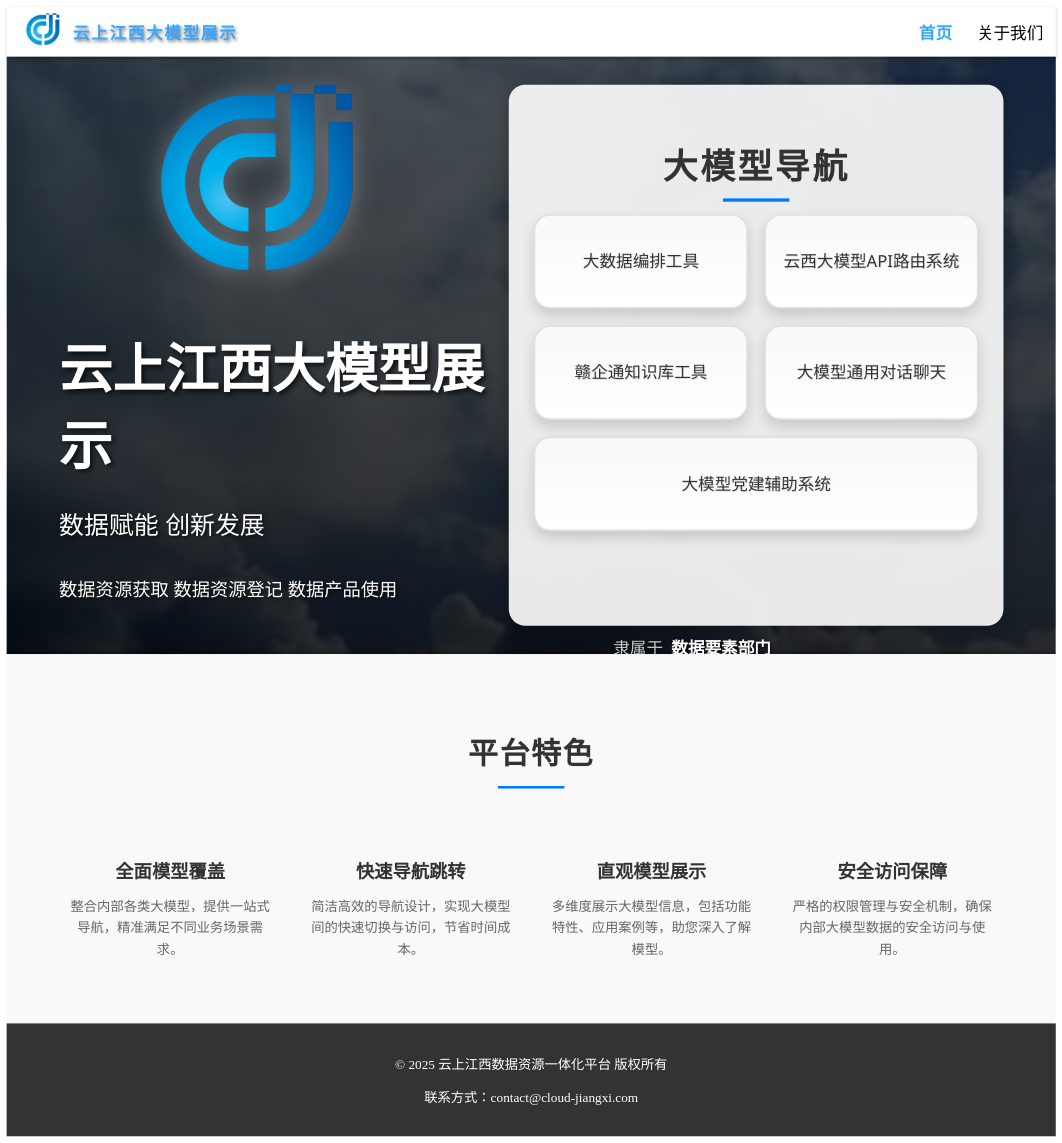
Repository: Felix-yifengyang/ysjx-model-nav
Page: /
These files come from the project's save history. The page is drawn as it stood at one moment and after the next save; the edit follows.
The browser window is 1280 px wide. The pictures show the whole page, at 83% of full size.
The project was rebuilt for these pictures with package versions that can differ from the ones it lists, and the page was loaded fresh each time. Also part of the build but not shown: vite.config.ts, src/About.vue.

Above is the page before, as saved 2025-02-21 09:22:40.

### src/main.ts
import { createApp } from 'vue';
import App from './App.vue';
import router from '../router/index.ts';

const app = createApp(App);
app.use(router);
app.mount('#app');

### src/App.vue
<template>
    <Header />
    <router-view></router-view>
  </template>

  <script setup>
  import Header from './components/Header.vue';
  </script>

  <style scoped>
  </style>

### router/index.ts
import { createRouter, createWebHistory } from 'vue-router';
import Home from '../src/Home.vue';
import About from '../src/About.vue';

const routes = [
  {
    path: '/',
    name: 'Home',
    component: Home
  },
  {
    path: '/about',
    name: 'About',
    component: About
  }
];

const router = createRouter({
  history: createWebHistory(),
  routes
});

export default router;

### src/components/Header.vue
<template>
  <header :class="{ 'scrolled': isScrolled }">
    <div class="logo-wrapper">
      <div class="logo">
        <img src="../assets/ysjx-logo-noword.png" alt="云上江西 logo">
      </div>
      <span class="platform-name">云上江西大模型展示</span>
    </div>
    <nav>
      <ul>
        <li>
          <router-link
            to="/"
            :active-class="isActive('/') ? 'active' : ''"
          >
            首页
          </router-link>
        </li>
        <li>
          <router-link
            to="/about"
            :active-class="isActive('/about') ? 'active' : ''"
          >
            关于我们
          </router-link>
        </li>
      </ul>
    </nav>
  </header>
</template>

<script setup>
import { ref, onMounted, onUnmounted, computed } from 'vue';
import { useRoute } from 'vue-router';

const isScrolled = ref(false);
const route = useRoute();

const isActive = (path) => {
  return route.path === path;
};

const handleScroll = () => {
  isScrolled.value = window.scrollY > 0;
};

onMounted(() => {
  window.addEventListener('scroll', handleScroll);
});

onUnmounted(() => {
  window.removeEventListener('scroll', handleScroll);
});
</script>

<style scoped>
header {
  background-color: #ffffff;
  color: rgb(0, 0, 0);
  padding: 15px;
  height: 30px;
  display: flex;
  justify-content: space-between;
  align-items: center;
  position: sticky; /* 使导航栏固定在页面顶部 */
  top: 0; /* 固定在页面顶部 */
  z-index: 100; /* 确保导航栏显示在其他元素之上 */
  transition: all 0.3s ease;
  box-shadow: 0 2px 4px rgba(0, 0, 0, 0.2);
}

.logo-wrapper {
  display: flex;
  align-items: center;
}

.logo img {
  width: auto;
  height: 40px;
  margin-right: 5px;
}

.platform-name {
  font-family: 'Segoe UI', Tahoma, Geneva, Verdana, sans-serif;
  font-size: 20px;
  font-weight: bold;
  color: #38a5ff;
  text-shadow: 2px 2px 4px rgba(0, 0, 0, 0.5);
  transition: all 0.3s ease;
  letter-spacing: 2px;
}

nav ul {
  list-style-type: none;
  margin: 0;
  padding: 0;
  display: flex;
}

nav ul li {
  margin-left: 30px;
}

nav ul li a {
  color: rgb(0, 0, 0);
  text-decoration: none;
  font-size: 20px;
}

nav ul li a:hover {
  text-decoration: underline;
}

header.scrolled {
  background-color: rgba(228, 228, 228, 0.9); /* 半透明背景 */
  padding: 15px; /* 减少内边距 */
}
header.scrolled .platform-name {
  font-size: 18px; /* 减小字体大小 */
}

/* 高亮显示的样式 */
.active {
  color: #38a5ff;
  font-weight: bold;
}
</style>

### src/Home.vue
<template>
  <div id="home">
    <HeroSection />
    <FeatureSelection />
    <Footer />
  </div>
</template>

<script setup>
import HeroSection from './components/HeroSection.vue'
import FeatureSelection from './components/FeatureSelection.vue'
import Footer from './components/Footer.vue'
</script>

<style scoped>
body {
  margin: 0;
  padding: 0;
  font-family: Arial, sans-serif;
}
</style>

### src/components/HeroSection.vue
<template>
    <section class="hero">
        <!-- 为背景添加半透明遮罩层 -->
        <div class="hero-overlay"></div>
        <div class="hero-content">
            <div class="hero-logo-content-wrapper">
                <div class="hero-logo">
                    <img src="../assets/ysjx-logo-noword.png" alt="云上江西 logo">
                </div>
                <div class="hero-text-content">
                    <h2 class="hero-title">云上江西大模型展示</h2>
                    <p class="hero-slogan">数据赋能 创新发展</p>
                    <p class="hero-features">数据资源获取 数据资源登记 数据产品使用</p>
                </div>
            </div>
            <div class="department-info">
                <span class="department-label">隶属于</span>
                <span class="department-name">数据要素部门</span>
            </div>
            <!-- 合并进来的 ShowcaseSection 内容 -->
            <div class="showcase-section">
                <h2>大模型导航</h2>
                <div class="showcase-container">
                    <!-- 第一个矩形 -->
                    <a href="http://106.227.19.2:28088/apps" class="showcase-item item-1">
                        <p class="description">大数据编排工具</p>
                    </a>
                    <!-- 第二个矩形 -->
                    <a href="http://106.227.19.14:16105/" class="showcase-item item-2">
                        <p class="description">云西大模型API路由系统</p>
                    </a>
                    <!-- 第三个矩形 -->
                    <a href="http://10.9.55.36:12300/" class="showcase-item item-3">
                        <p class="description">赣企通知识库工具</p>
                    </a>
                    <!-- 第四个矩形 -->
                    <a href="http://106.227.19.14:16104/" class="showcase-item item-4">
                        <p class="description">大模型通用对话聊天</p>
                    </a>
                    <!-- 第五个矩形 -->
                    <a href="http://106.227.19.2:26011/" class="showcase-item item-5">
                        <p class="description">大模型党建辅助系统</p>
                    </a>
                </div>
            </div>
        </div>
    </section>
</template>

<script setup>
</script>

<style scoped>
/* 整体背景和基础样式 */
.hero {
    background-image: url('../assets/sample.webp');
    background-size: cover;
    background-position: center;
    height: 100vh; /* 使用视口高度，适应不同屏幕 */
    display: flex;
    align-items: center;
    justify-content: center;
    position: relative;
    overflow: hidden;
}

/* 半透明遮罩层 */
.hero-overlay {
    position: absolute;
    top: 0;
    left: 0;
    width: 100%;
    height: 100%;
    background: linear-gradient(to bottom, rgba(0, 0, 0, 0.6), rgba(0, 0, 0, 0.8)); /* 渐变遮罩 */
}

/* 主要内容区域 */
.hero-content {
    text-align: center;
    color: white;
    z-index: 1;
    padding: 0 20px;
    display: flex;
    flex-direction: row;
    justify-content: space-between;
    width: 90%; /* 调整宽度 */
    max-width: 1400px; /* 增加最大宽度 */
    margin: 0 auto;
    position: relative;
}

/*  logo 和文本内容包装器 */
.hero-logo-content-wrapper {
    display: flex;
    align-items: center;
    flex-direction: column;
    text-align: left;
}

/*  logo 样式 */
.hero-logo {
    width: 350px; /* 调整 logo 宽度 */
    height: auto;
    margin-right: 50px;
    animation: fadeIn 1s ease, scaleIn 1s ease; /* 增加缩放动画 */
}

.hero-logo img {
    width: 100%;
    height: auto;
    filter: drop-shadow(0 0 15px rgba(255, 255, 255, 0.3)); /* 调整投影效果 */
}

/* 文本内容样式 */
.hero-text-content {
    text-align: left;
}

.hero-title {
    font-family: 'Montserrat', sans-serif;
    font-size: 64px; /* 增大标题字体 */
    margin-bottom: 30px;
    text-shadow: 3px 3px 6px rgba(0, 0, 0, 0.7); /* 增强文字阴影 */
    animation: fadeInDown 1s ease, slideInLeft 1s ease; /* 增加滑入动画 */
}

.hero-slogan {
    font-family: 'Open Sans', sans-serif;
    font-size: 30px; /* 增大标语字体 */
    margin-bottom: 40px;
    text-shadow: 2px 2px 4px rgba(0, 0, 0, 0.7);
    animation: fadeInUp 1s ease 0.3s, slideInLeft 1s ease 0.3s; /* 增加滑入动画 */
    opacity: 0;
    animation-fill-mode: forwards;
}

.hero-features {
    font-family: 'Open Sans', sans-serif;
    font-size: 22px; /* 增大功能描述字体 */
    margin-bottom: 30px;
    text-shadow: 2px 2px 4px rgba(0, 0, 0, 0.7);
    animation: fadeInUp 1s ease 0.6s, slideInLeft 1s ease 0.6s; /* 增加滑入动画 */
    opacity: 0;
    animation-fill-mode: forwards;
}

/* 部门信息样式 */
.department-info {
    display: flex;
    align-items: center;
    font-family: 'Open Sans', sans-serif;
    font-size: 20px; /* 增大部门信息字体 */
    text-shadow: 2px 2px 4px rgba(0, 0, 0, 0.7);
    animation: fadeInUp 1s ease 0.9s, slideInRight 1s ease 0.9s; /* 增加滑入动画 */
    opacity: 0;
    animation-fill-mode: forwards;
    position: absolute;
    right: 300px; /* 调整位置 */
    bottom: -40px;
}

.department-label {
    margin-right: 10px;
    color: #ccc;
}

.department-name {
    color: #fff;
    font-weight: bold;
}

/* 展示区域样式 */
.showcase-section {
    width: 50%;
    padding: 30px; /* 增加内边距 */
    background-color: rgba(255, 255, 255, 0.9); /* 增加背景透明度 */
    border-radius: 20px; /* 增大圆角 */
    box-shadow: 0 0 20px rgba(0, 0, 0, 0.3); /* 增强阴影 */
}

.showcase-section h2 {
    font-family: 'Poppins', sans-serif;
    font-size: 42px; /* 增大标题字体 */
    color: #333;
    margin-bottom: 30px;
    text-transform: uppercase;
    letter-spacing: 3px;
    position: relative;
}

.showcase-section h2::after {
    content: '';
    position: absolute;
    bottom: -15px;
    left: 50%;
    transform: translateX(-50%);
    width: 80px; /* 增加下划线宽度 */
    height: 4px; /* 增加下划线高度 */
    background-color: #007BFF;
}

.showcase-container {
    display: grid;
    grid-template-columns: repeat(2, 1fr);
    grid-template-rows: repeat(3, 1fr);
    gap: 20px; /* 增大间距 */
    justify-content: center;
}

.showcase-item {
    background-color: #ffffff;
    border-radius: 20px; /* 增大圆角 */
    box-shadow: 0 8px 16px rgba(0, 0, 0, 0.15); /* 增强阴影 */
    overflow: hidden;
    transition: all 0.3s ease;
    text-decoration: none;
    color: inherit;
    position: relative;
    display: flex;
    justify-content: center;
    align-items: center;
    background-image: linear-gradient(to bottom, #f9f9f9, #ffffff);
    border: 2px solid #e0e0e0; /* 增加边框宽度 */
}

.showcase-item:hover {
    transform: translateY(-10px);
    box-shadow: 0 12px 24px rgba(0, 0, 0, 0.2);
    background-image: linear-gradient(to bottom, #ffffff, #f9f9f9);
    border-color: #a0a0a0;
}

.showcase-item::before {
    content: '';
    position: absolute;
    top: 0;
    left: 0;
    width: 100%;
    height: 100%;
    background-color: rgba(0, 0, 0, 0.08);
    opacity: 0;
    transition: opacity 0.3s ease;
}

.showcase-item:hover::before {
    opacity: 1;
}

.description {
    padding: 20px; /* 增加内边距 */
    font-size: 20px; /* 增大字体 */
    color: #333333;
    font-family: 'Segoe UI', Tahoma, Geneva, Verdana, sans-serif;
    position: relative;
    z-index: 1;
    text-shadow: 1px 1px 1px rgba(0, 0, 0, 0.1);
    text-align: center;
    line-height: 1.5;
}

.item-1 {
    grid-column: 1 / 2;
    grid-row: 1 / 2;
}

.item-2 {
    grid-column: 2 / 3;
    grid-row: 1 / 2;
}

.item-3 {
    grid-column: 1 / 2;
    grid-row: 2 / 3;
}

.item-4 {
    grid-column: 2 / 3;
    grid-row: 2 / 3;
}

.item-5 {
    grid-column: 1 / 3;
    grid-row: 3 / 4;
}

/* 动画定义 */
@keyframes fadeIn {
    from {
        opacity: 0;
    }
    to {
        opacity: 1;
    }
}

@keyframes scaleIn {
    from {
        transform: scale(0.8);
    }
    to {
        transform: scale(1);
    }
}

@keyframes fadeInDown {
    from {
        opacity: 0;
        transform: translateY(-80px);
    }
    to {
        opacity: 1;
        transform: translateY(0);
    }
}

@keyframes fadeInUp {
    from {
        opacity: 0;
        transform: translateY(80px);
    }
    to {
        opacity: 1;
        transform: translateY(0);
    }
}

@keyframes slideInLeft {
    from {
        transform: translateX(-100px);
    }
    to {
        transform: translateX(0);
    }
}

@keyframes slideInRight {
    from {
        transform: translateX(100px);
    }
    to {
        transform: translateX(0);
    }
}
</style>

### src/components/FeatureSelection.vue
<template>
    <section class="features">
        <h2>平台特色</h2>
        <div class="feature-container">
            <div class="feature" v-for="(item, index) in featureList" :key="index">
                <div class="icon-wrapper">
                    <i :class="item.icon"></i>
                </div>
                <div class="text-content">
                    <h3>{{ item.title }}</h3>
                    <p>{{ item.description }}</p>
                </div>
            </div>
        </div>
    </section>
</template>

<script setup>
import { ref } from 'vue';

const featureList = ref([
    {
        icon: 'fas fa-sitemap',
        title: '全面模型覆盖',
        description: '整合内部各类大模型，提供一站式导航，精准满足不同业务场景需求。'
    },
    {
        icon: 'fas fa-bolt',
        title: '快速导航跳转',
        description: '简洁高效的导航设计，实现大模型间的快速切换与访问，节省时间成本。'
    },
    {
        icon: 'fas fa-eye',
        title: '直观模型展示',
        description: '多维度展示大模型信息，包括功能特性、应用案例等，助您深入了解模型。'
    },
    {
        icon: 'fas fa-lock',
        title: '安全访问保障',
        description: '严格的权限管理与安全机制，确保内部大模型数据的安全访问与使用。'
    }
]);
</script>

<style scoped>
.features {
    padding: 60px 20px;
    background-color: #f9f9f9;
    text-align: center;
}

.features h2 {
    font-family: 'Poppins', sans-serif;
    font-size: 36px;
    color: #333;
    margin-bottom: 60px;
    text-transform: uppercase;
    letter-spacing: 2px;
    position: relative;
}

.features h2::after {
    content: '';
    position: absolute;
    bottom: -20px;
    left: 50%;
    transform: translateX(-50%);
    width: 80px;
    height: 3px;
    background-color: #007BFF;
}

.feature-container {
    display: flex;
    flex-wrap: wrap;
    justify-content: center;
    gap: 40px;
    max-width: 1200px;
    margin: 0 auto;
}

.feature {
    display: flex;
    flex-direction: column;
    align-items: center;
    width: 250px;
    position: relative;
    transition: all 0.3s ease;
}

.feature::after {
    content: '';
    position: absolute;
    bottom: -10px;
    left: 0;
    width: 0;
    height: 2px;
    background-color: #007BFF;
    transition: width 0.3s ease;
}

.feature:hover::after {
    width: 100%;
}

.icon-wrapper {
    font-size: 48px;
    color: #007BFF;
    margin-bottom: 20px;
}

.text-content {
    text-align: center;
}

.text-content h3 {
    font-family: 'Poppins', sans-serif;
    font-size: 22px;
    color: #333;
    margin-bottom: 10px;
}

.text-content p {
    font-family: 'Open Sans', sans-serif;
    font-size: 16px;
    color: #666;
    line-height: 1.6;
}
</style>

### src/components/Footer.vue
<template>
    <footer>
      <p>&copy; 2025 云上江西数据资源一体化平台 版权所有</p>
      <p>联系方式：contact@cloud-jiangxi.com</p>
    </footer>
  </template>

  <script setup>
  </script>

  <style scoped>
  footer {
    background-color: #333;
    color: white;
    text-align: center;
    padding: 20px;
  }
  </style>

Loaded but not shown: index.html (common file)

After the next save:
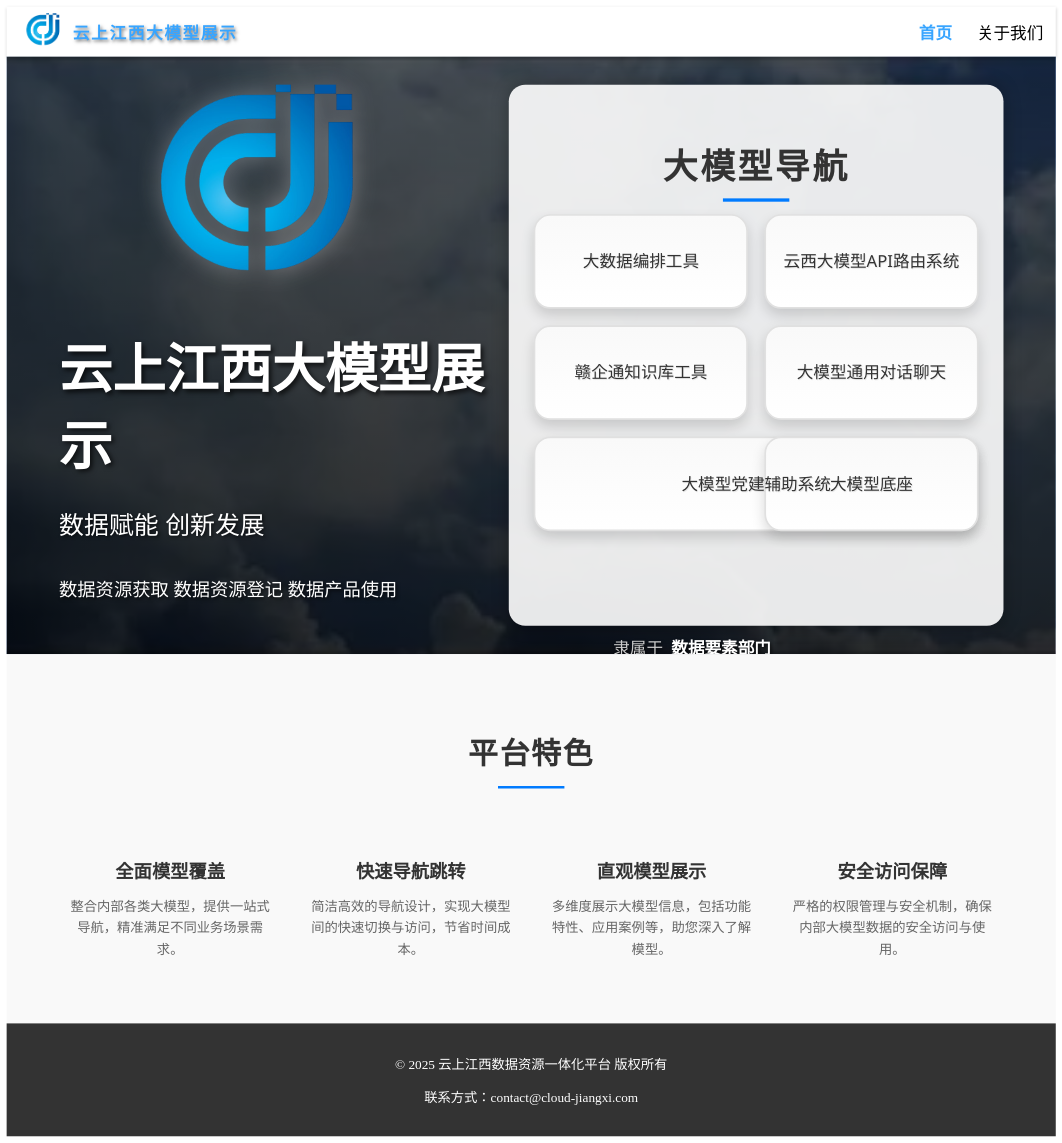
Saved 4 min 59 s later.
--- a/src/components/HeroSection.vue
+++ b/src/components/HeroSection.vue
@@ -41,6 +41,10 @@
                     <a href="http://106.227.19.2:26011/" class="showcase-item item-5">
                         <p class="description">大模型党建辅助系统</p>
                     </a>
+                    <!-- 第六个矩形 -->
+                    <a href="http://www.baidu.com/" class="showcase-item item-6">
+                        <p class="description">大模型底座</p>
+                    </a>
                 </div>
             </div>
         </div>
@@ -283,6 +287,11 @@
     grid-row: 3 / 4;
 }
 
+.item-6 {
+    grid-column: 2 / 3;
+    grid-row: 3 / 4;
+}
+
 /* 动画定义 */
 @keyframes fadeIn {
     from {
